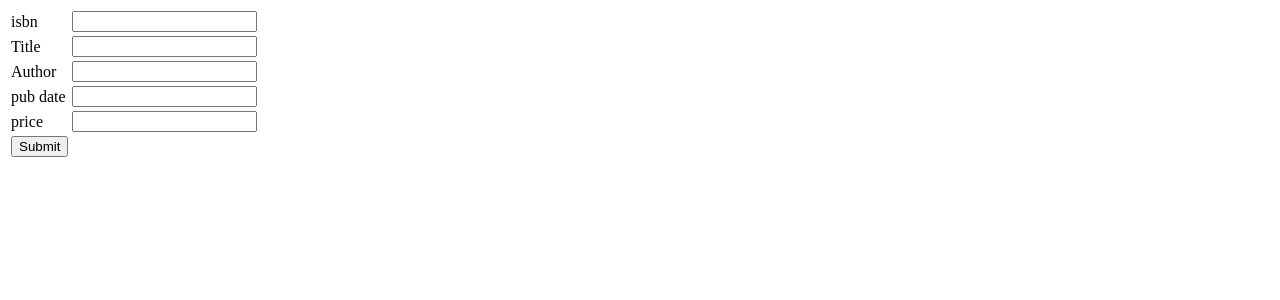
Repository: rishabhsharma0303/demorepository
Page: http://localhost/traineeMgt/addTrainee.jsp
These files come from the project's save history. The page is drawn as it stood at one moment and after the next save; the edit follows.
The browser window is 1280 px wide. The pictures show the whole page.
The page is served by Tomcat 9.

Above is the page before, as saved 2021-09-03 11:25:09.

After the next save:
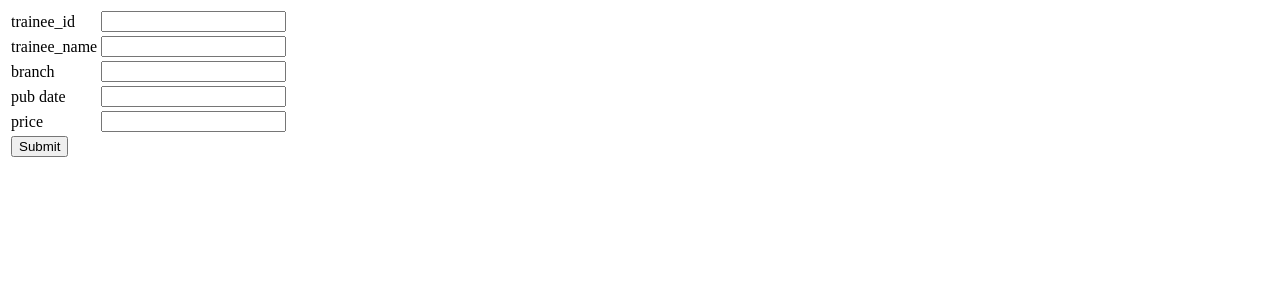
Saved 86 s later.
--- a/traineeMgt/WebContent/addTrainee.jsp
+++ b/traineeMgt/WebContent/addTrainee.jsp
@@ -11,20 +11,20 @@
 	<input type="hidden" name="id"  value="0"/>
 	<table>
 		<tr>
-			<td>isbn</td>
-			<td><input type="text" name="isbn" id="isbnId"/></td>
+			<td>trainee_id</td>
+			<td><input type="text" name="trainee_id" id="trainee_id"/></td>
 		</tr>
 		<tr>
-			<td>Title</td>
-			<td><input type="text" name="title" id="titleId"/></td>
+			<td>trainee_name</td>
+			<td><input type="text" name="trainee_name" id="trainee_name"/></td>
 		</tr>
 		<tr>
-			<td>Author</td>
-			<td><input type="text" name="author" id="authorId"/></td>
+			<td>branch</td>
+			<td><input type="text" name="branch" id="branch"/></td>
 		</tr>
 		<tr>
 			<td>pub date</td>
-			<td><input type="text" name="pubDate" id="pubDateId"/></td>
+			<td><input type="text" name="percentage" id="percentage"/></td>
 		</tr>
 		<tr>
 			<td>price</td>
